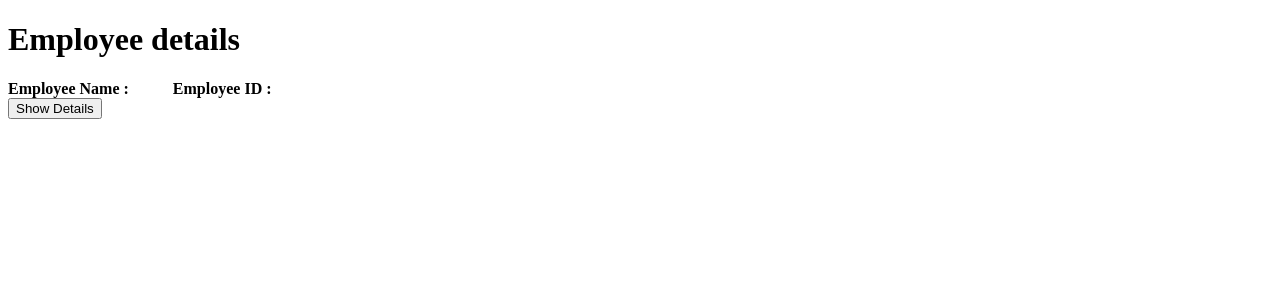
Repository: Kushal18/referesher_assignment1
Page: example/WebContent/json.html
The author's editor kept a copy of each file at every save. The page is drawn from the files as they stood at one save, then again after the next save.
The browser window is 1280 px wide. The pictures show the whole page.

Above is the page before, as saved 2016-09-14 03:45:26.
Console error: ReferenceError: data is not defined

### example/WebContent/json.html
<!DOCTYPE html>
<html>
<head>
</head>
<body onload="getData()">
<h1> Employee details </h1>
<h4>Employee Name : <b id="employee"></b> &nbsp;&nbsp; &nbsp; &nbsp;&nbsp;&nbsp;&nbsp;  Employee ID : <b id="employeeid" ></b> </br>
<input type="button" onclick ="showDetails()" value="Show Details" name="Show Details" />
<p id="details"></p>
</body>
</html>
<script>
var Data = '{"name":"yashas",'+
'"sjsuid":"010365251",'+
'"sem":"Third",'+
'"GPA" :"3.8",'+
'"courses":[{"coursename":"Enterprise Distributed Systems",'+
'"number":"CMPE 273","professor":"Simon Shim","days":"Mon and Wed"}'+
',{"coursename":"Computer Network Design",'+
'"number":"CMPE 206","professor":"Juan Gomez","days":"Mon"}'+
',{"coursename":"Master Project I",'+
'"number":"CMPE 295A","professor":"Dan Harkey","days":"Fri"}]}';
function getData()
{
	var result = JSON.parse(data);
	var employeeName = result.name;
	alert("employee name is ");
	var employeeid = result.details[2].sjsuid;
	document.getElementById("employee").innerHTML = employeeName;
	document.getElementById("employeeid").innerHTML = employeeid;
}
</script>

After the next save:
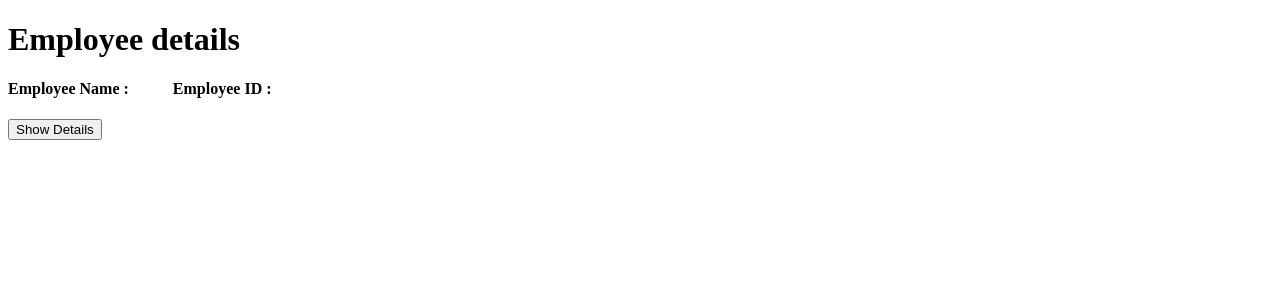
Saved 38 s later.
--- a/example/WebContent/json.html
+++ b/example/WebContent/json.html
@@ -4,7 +4,7 @@
 </head>
 <body onload="getData()">
 <h1> Employee details </h1>
-<h4>Employee Name : <b id="employee"></b> &nbsp;&nbsp; &nbsp; &nbsp;&nbsp;&nbsp;&nbsp;  Employee ID : <b id="employeeid" ></b> </br>
+<h4>Employee Name : <b id="employee"></b> &nbsp;&nbsp; &nbsp; &nbsp;&nbsp;&nbsp;&nbsp;  Employee ID : <b id="employeeid" ></b> </br> </h4>
 <input type="button" onclick ="showDetails()" value="Show Details" name="Show Details" />
 <p id="details"></p>
 </body>
